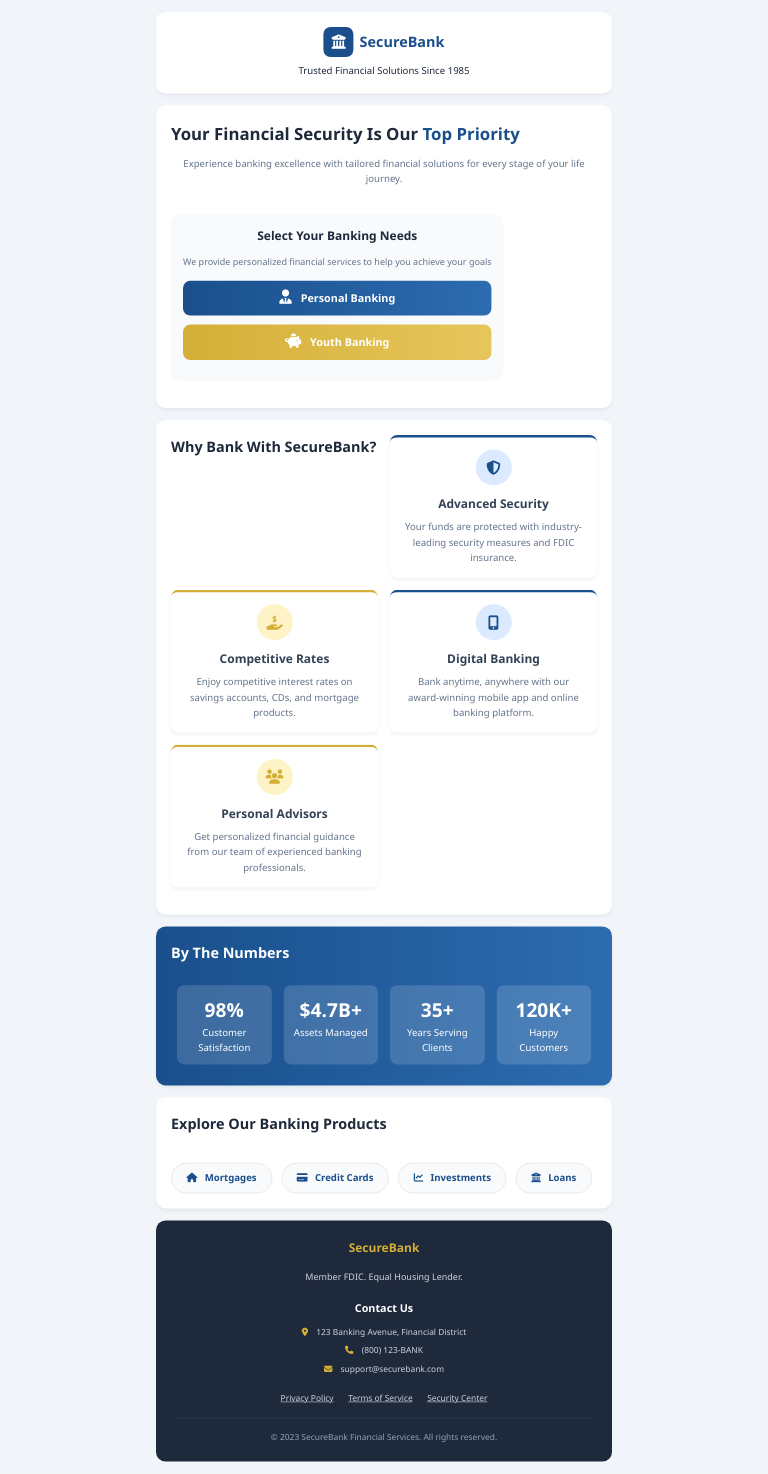
Repository: meenadabhii/loancalculator.nurcodes.com
Page: index.html
The author's editor kept a copy of each file at every save. The page is drawn from the files as they stood at one save, then again after the next save.
The browser window is 1280 px wide. The pictures show the whole page, at 60% of full size.

Above is the page before, as saved 2025-08-28 15:13:33.

### index.html
<!DOCTYPE html>
<html lang="en">

<head>
    <meta charset="UTF-8">
    <meta name="viewport" content="width=device-width, initial-scale=1.0">
    <title>SecureBank - Financial Solutions</title>
    <link rel="stylesheet" href="https://cdnjs.cloudflare.com/ajax/libs/font-awesome/6.4.0/css/all.min.css">
    <style>
        :root {
            --primary-blue: #1a4f8c;
            --secondary-blue: #2c6cb0;
            --accent-gold: #d4af37;
            --dark-blue: #1e293b;
            --light-gray: #f8fafc;
        }

        * {
            margin: 0;
            padding: 0;
            box-sizing: border-box;
            font-family: 'Segoe UI', Tahoma, Geneva, Verdana, sans-serif;
        }

        body {
            background-color: #f1f5f9;
            color: #334155;
            line-height: 1.6;
        }

        .container {
            max-width: 800px;
            margin: 0 auto;
            padding: 20px;
        }

        .header {
            text-align: center;
            padding: 25px 0;
            background: white;
            border-radius: 16px;
            box-shadow: 0 4px 6px rgba(0, 0, 0, 0.05);
            margin-bottom: 20px;
        }

        .content-section {
            background: white;
            padding: 25px;
            border-radius: 16px;
            box-shadow: 0 4px 6px rgba(0, 0, 0, 0.05);
            margin-bottom: 20px;
        }

        .age-btn {
            display: block;
            padding: 15px;
            border-radius: 12px;
            text-decoration: none;
            font-weight: 600;
            font-size: 18px;
            margin: 15px 0;
            text-align: center;
            transition: transform 0.3s, box-shadow 0.3s;
        }

        .age-btn:hover {
            transform: translateY(-2px);
            box-shadow: 0 6px 12px rgba(0, 0, 0, 0.15);
        }

        .icon-circle {
            width: 60px;
            height: 60px;
            border-radius: 50%;
            display: flex;
            align-items: center;
            justify-content: center;
            margin: 0 auto 15px;
            font-size: 24px;
        }

        .card {
            border-radius: 12px;
            box-shadow: 0 4px 6px rgba(0, 0, 0, 0.05);
            margin-bottom: 20px;
            transition: transform 0.3s;
        }

        .card:hover {
            transform: translateY(-5px);
        }

        .stat-box {
            text-align: center;
            padding: 15px;
            background: rgba(255, 255, 255, 0.15);
            border-radius: 12px;
            margin: 10px;
            flex: 1;
            min-width: 130px;
        }

        .footer {
            background: var(--dark-blue);
            color: white;
            padding: 30px;
            border-radius: 16px;
            text-align: center;
        }

        .ad-container {
            background: white;
            padding: 15px;
            border-radius: 12px;
            margin-bottom: 20px;
            text-align: center;
        }

        .ad-label {
            color: #64748b;
            font-size: 12px;
            text-transform: uppercase;
            margin-bottom: 8px;
        }

        @media (min-width: 768px) {
            .content-section {
                display: flex;
                flex-wrap: wrap;
                justify-content: space-between;
            }

            .card {
                flex-basis: calc(50% - 10px);
            }

            .stats-container {
                display: flex;
                flex-wrap: wrap;
                justify-content: center;
            }
        }

        .text-white {
            color: white;
        }

        .btn-outline {
            background: transparent;
            border: 2px solid var(--accent-gold);
            color: var(--accent-gold);
        }

        .btn-outline:hover {
            background: var(--accent-gold);
            color: white;
        }
    </style>

    <link rel="preconnect" href="https://pagead2.googlesyndication.com">
    <link rel="preconnect" href="https://googleads.g.doubleclick.net">
    <link rel="preconnect" href="https://tpc.googlesyndication.com">

    <script async src="https://pagead2.googlesyndication.com/pagead/js/adsbygoogle.js?client=ca-pub-9383584644305078"
        crossorigin="anonymous"></script>
</head>

<body>
    <div class="container">
        <!-- Header -->
        <div class="header">
            <div style="display: flex; align-items: center; justify-content: center; margin-bottom: 10px;">
                <div style="width: 50px; height: 50px; border-radius: 12px; background: var(--primary-blue); display: flex; align-items: center; justify-content: center; margin-right: 10px;">
                    <i class="fas fa-university text-white" style="font-size: 24px;"></i>
                </div>
                <h1 style="font-size: 24px; font-weight: 700; color: var(--primary-blue);">SecureBank</h1>
            </div>
            <p style="color: var(--dark-blue); font-size: 16px;">Trusted Financial Solutions Since 1985</p>
        </div>
        <!-- Hero Section -->
        <div class="content-section" style="text-align: center;">
            <h2 style="font-size: 28px; font-weight: 700; margin-bottom: 15px; color: var(--dark-blue);">Your Financial Security Is Our <span style="color: var(--primary-blue);">Top Priority</span></h2>
            <p style="color: #64748b; margin-bottom: 25px; font-size: 16px;">Experience banking excellence with tailored financial solutions for every stage of your life journey.</p>

            <div style="background: var(--light-gray); padding: 20px; border-radius: 16px; margin: 20px 0;">
                <h3 style="font-size: 20px; font-weight: 600; margin-bottom: 15px; color: var(--dark-blue);">Select Your Banking Needs</h3>
                <p style="color: #64748b; margin-bottom: 20px; font-size: 15px;">We provide personalized financial services to help you achieve your goals</p>

                <a href="fin24.html" class="age-btn"
                    style="background: linear-gradient(to right, var(--primary-blue), var(--secondary-blue)); color: white;">
                    <i class="fas fa-user-tie" style="margin-right: 10px; font-size: 24px;"></i>
                    Personal Banking
                </a>

                <a href="child.html" class="age-btn"
                    style="background: linear-gradient(to right, var(--accent-gold), #e6c65c); color: white;">
                    <i class="fas fa-piggy-bank" style="margin-right: 10px; font-size: 24px;"></i>
                    Youth Banking
                </a>
            </div>
        </div>

        <!-- Features Section -->
        <div class="content-section">
            <h2 style="font-size: 24px; font-weight: 700; text-align: center; margin-bottom: 25px; color: var(--dark-blue);">
                Why Bank With SecureBank?</h2>

            <div class="card" style="background: white; padding: 20px; border-top: 4px solid var(--primary-blue);">
                <div class="icon-circle" style="background: #dbeafe;">
                    <i class="fas fa-shield-alt" style="color: var(--primary-blue);"></i>
                </div>
                <h3 style="font-size: 20px; font-weight: 600; text-align: center; margin-bottom: 10px;">Advanced Security</h3>
                <p style="color: #64748b; text-align: center;">Your funds are protected with industry-leading security measures and FDIC insurance.</p>
            </div>

            <div class="card" style="background: white; padding: 20px; border-top: 4px solid var(--accent-gold);">
                <div class="icon-circle" style="background: #fef3c7;">
                    <i class="fas fa-hand-holding-usd" style="color: var(--accent-gold);"></i>
                </div>
                <h3 style="font-size: 20px; font-weight: 600; text-align: center; margin-bottom: 10px;">Competitive Rates</h3>
                <p style="color: #64748b; text-align: center;">Enjoy competitive interest rates on savings accounts, CDs, and mortgage products.</p>
            </div>

            <div class="card" style="background: white; padding: 20px; border-top: 4px solid var(--primary-blue);">
                <div class="icon-circle" style="background: #dbeafe;">
                    <i class="fas fa-mobile-alt" style="color: var(--primary-blue);"></i>
                </div>
                <h3 style="font-size: 20px; font-weight: 600; text-align: center; margin-bottom: 10px;">Digital Banking</h3>
                <p style="color: #64748b; text-align: center;">Bank anytime, anywhere with our award-winning mobile app and online banking platform.</p>
            </div>

            <div class="card" style="background: white; padding: 20px; border-top: 4px solid var(--accent-gold);">
                <div class="icon-circle" style="background: #fef3c7;">
                    <i class="fas fa-users" style="color: var(--accent-gold);"></i>
                </div>
                <h3 style="font-size: 20px; font-weight: 600; text-align: center; margin-bottom: 10px;">Personal Advisors</h3>
                <p style="color: #64748b; text-align: center;">Get personalized financial guidance from our team of experienced banking professionals.</p>
            </div>
        </div>



        <!-- Stats Section -->
        <div class="content-section"
            style="background: linear-gradient(to right, var(--primary-blue), var(--secondary-blue)); color: white;">
            <h2 style="font-size: 24px; font-weight: 700; text-align: center; margin-bottom: 25px;">By The Numbers</h2>

            <div class="stats-container">
                <div class="stat-box">
                    <p style="font-size: 32px; font-weight: 700;">98%</p>
                    <p style="font-size: 16px;">Customer Satisfaction</p>
                </div>

                <div class="stat-box">
                    <p style="font-size: 32px; font-weight: 700;">$4.7B+</p>
                    <p style="font-size: 16px;">Assets Managed</p>
                </div>

                <div class="stat-box">
                    <p style="font-size: 32px; font-weight: 700;">35+</p>
                    <p style="font-size: 16px;">Years Serving Clients</p>
                </div>

                <div class="stat-box">
                    <p style="font-size: 32px; font-weight: 700;">120K+</p>
                    <p style="font-size: 16px;">Happy Customers</p>
                </div>
            </div>
        </div>

        <!-- Banking Products Section -->
        <div class="content-section">
            <h2 style="font-size: 24px; font-weight: 700; text-align: center; margin-bottom: 25px; color: var(--dark-blue);">
                Explore Our Banking Products</h2>

            <div style="display: flex; flex-wrap: wrap; justify-content: center; gap: 15px; margin-top: 20px;">
                <a href="#" style="display: inline-block; padding: 12px 25px; background: var(--light-gray); color: var(--primary-blue); border-radius: 30px; text-decoration: none; font-weight: 600; border: 1px solid #ddd;">
                    <i class="fas fa-home" style="margin-right: 8px;"></i> Mortgages
                </a>
                <a href="#" style="display: inline-block; padding: 12px 25px; background: var(--light-gray); color: var(--primary-blue); border-radius: 30px; text-decoration: none; font-weight: 600; border: 1px solid #ddd;">
                    <i class="fas fa-credit-card" style="margin-right: 8px;"></i> Credit Cards
                </a>
                <a href="#" style="display: inline-block; padding: 12px 25px; background: var(--light-gray); color: var(--primary-blue); border-radius: 30px; text-decoration: none; font-weight: 600; border: 1px solid #ddd;">
                    <i class="fas fa-chart-line" style="margin-right: 8px;"></i> Investments
                </a>
                <a href="#" style="display: inline-block; padding: 12px 25px; background: var(--light-gray); color: var(--primary-blue); border-radius: 30px; text-decoration: none; font-weight: 600; border: 1px solid #ddd;">
                    <i class="fas fa-university" style="margin-right: 8px;"></i> Loans
                </a>
            </div>
        </div>

        <!-- Footer -->
        <div class="footer">
            <h3 style="font-size: 20px; font-weight: 700; margin-bottom: 20px; color: var(--accent-gold);">SecureBank</h3>
            <p style="color: #cbd5e1; margin-bottom: 25px; font-size: 15px;">Member FDIC. Equal Housing Lender.</p>

            <div style="margin-bottom: 25px;">
                <h4 style="font-size: 18px; font-weight: 600; margin-bottom: 15px; color: white;">Contact Us</h4>
                <p style="color: #cbd5e1; margin-bottom: 8px; font-size: 14px;"><i class="fas fa-map-marker-alt"
                        style="margin-right: 10px; color: var(--accent-gold);"></i> 123 Banking Avenue, Financial District</p>
                <p style="color: #cbd5e1; margin-bottom: 8px; font-size: 14px;"><i class="fas fa-phone"
                        style="margin-right: 10px; color: var(--accent-gold);"></i> (800) 123-BANK</p>
                <p style="color: #cbd5e1; font-size: 14px;"><i class="fas fa-envelope"
                        style="margin-right: 10px; color: var(--accent-gold);"></i> support@securebank.com</p>
            </div>

            <div style="margin: 20px 0;">
                <a href="#" style="color: #cbd5e1; margin: 0 10px; font-size: 14px;">Privacy Policy</a>
                <a href="#" style="color: #cbd5e1; margin: 0 10px; font-size: 14px;">Terms of Service</a>
                <a href="#" style="color: #cbd5e1; margin: 0 10px; font-size: 14px;">Security Center</a>
            </div>

            <p style="color: #94a3b8; font-size: 14px; border-top: 1px solid #334155; padding-top: 20px;">&copy; 2023 SecureBank Financial Services. All rights reserved.</p>
        </div>
    </div>
</body>

</html>

After the next save:
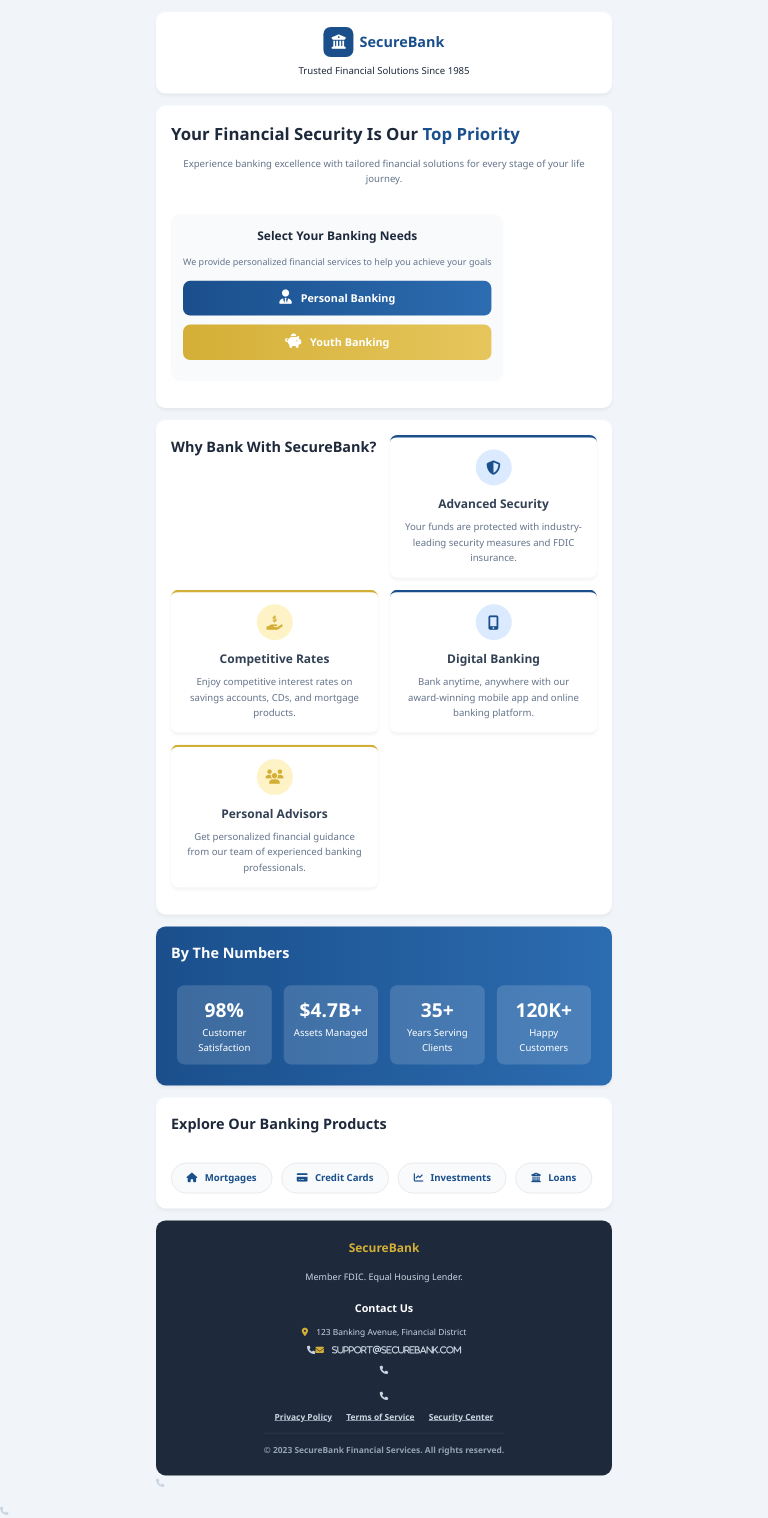
Saved 66 s later.
--- a/index.html
+++ b/index.html
@@ -299,7 +299,6 @@
                 <p style="color: #cbd5e1; margin-bottom: 8px; font-size: 14px;"><i class="fas fa-map-marker-alt"
                         style="margin-right: 10px; color: var(--accent-gold);"></i> 123 Banking Avenue, Financial District</p>
                 <p style="color: #cbd5e1; margin-bottom: 8px; font-size: 14px;"><i class="fas fa-phone"
-                        style="margin-right: 10px; color: var(--accent-gold);"></i> (800) 123-BANK</p>
                 <p style="color: #cbd5e1; font-size: 14px;"><i class="fas fa-envelope"
                         style="margin-right: 10px; color: var(--accent-gold);"></i> support@securebank.com</p>
             </div>
